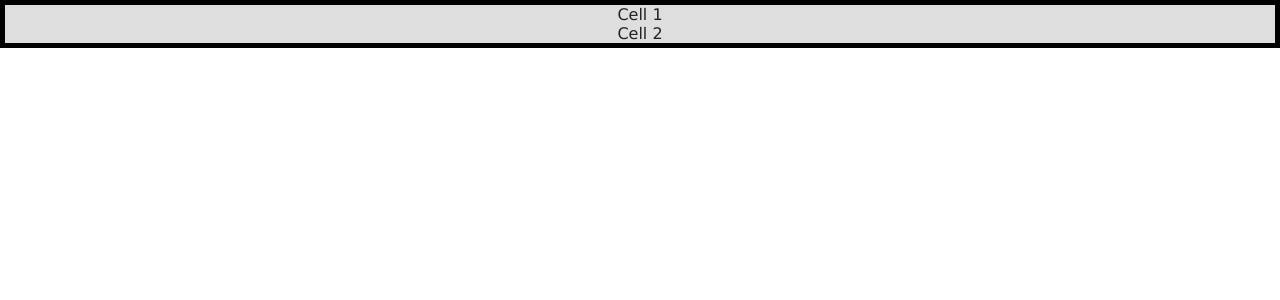
Repository: Ndifoinhilary/css_grid
Page: css-grid-learn/index.html
The author's editor kept a copy of each file at every save. The page is drawn from the files as they stood at one save, then again after the next save.
The browser window is 1280 px wide. The pictures show the whole page.

Above is the page before, as saved 2024-01-24 12:01:07.

After the next save:
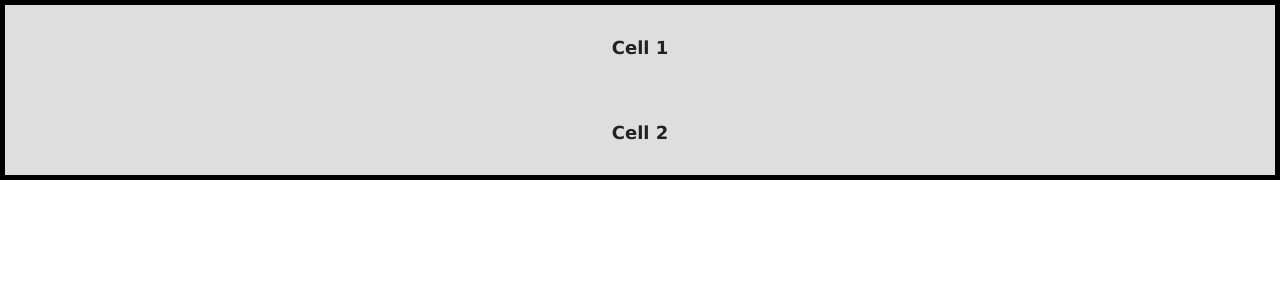
Saved 34 s later.
--- a/css-grid-learn/main.css
+++ b/css-grid-learn/main.css
@@ -17,4 +17,7 @@ body{
     background: #dedede;
     text-transform: capitalize;
     text-align: center;
+    font-weight: bold;
+    padding: 2rem;
+    font-size: large;
 }
